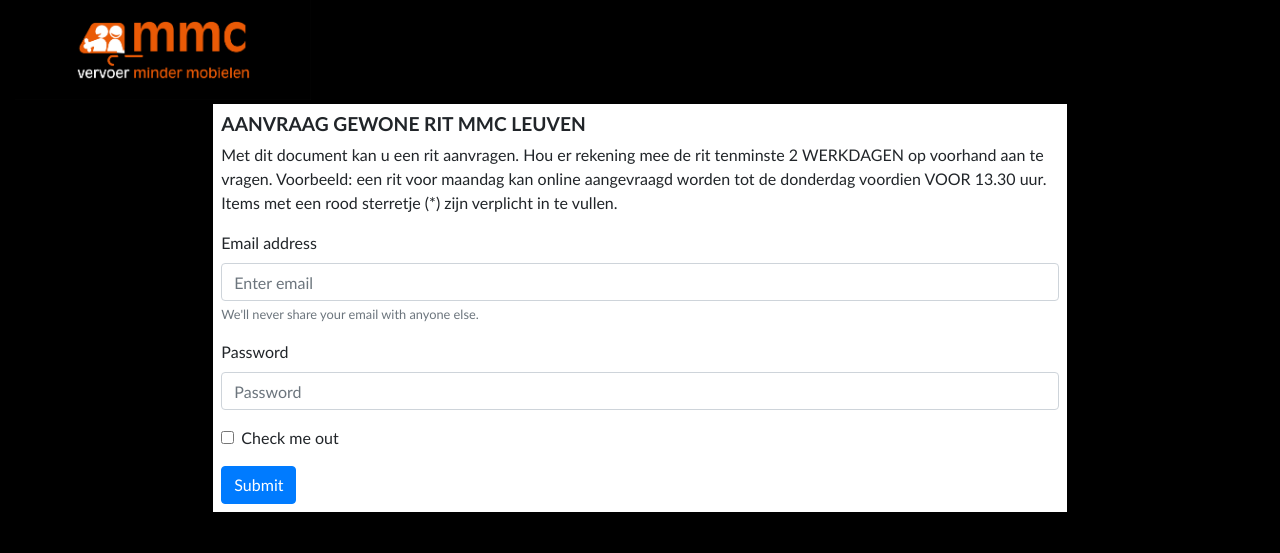
Repository: tclaes/vera
Page: index.html
These files come from the project's save history. The page is drawn as it stood at one moment and after a run of saves; the edit follows.
The browser window is 1280 px wide. The pictures show the whole page.

Above is the page before, as saved 2018-11-12 15:31:06.

After the next 2 saves:
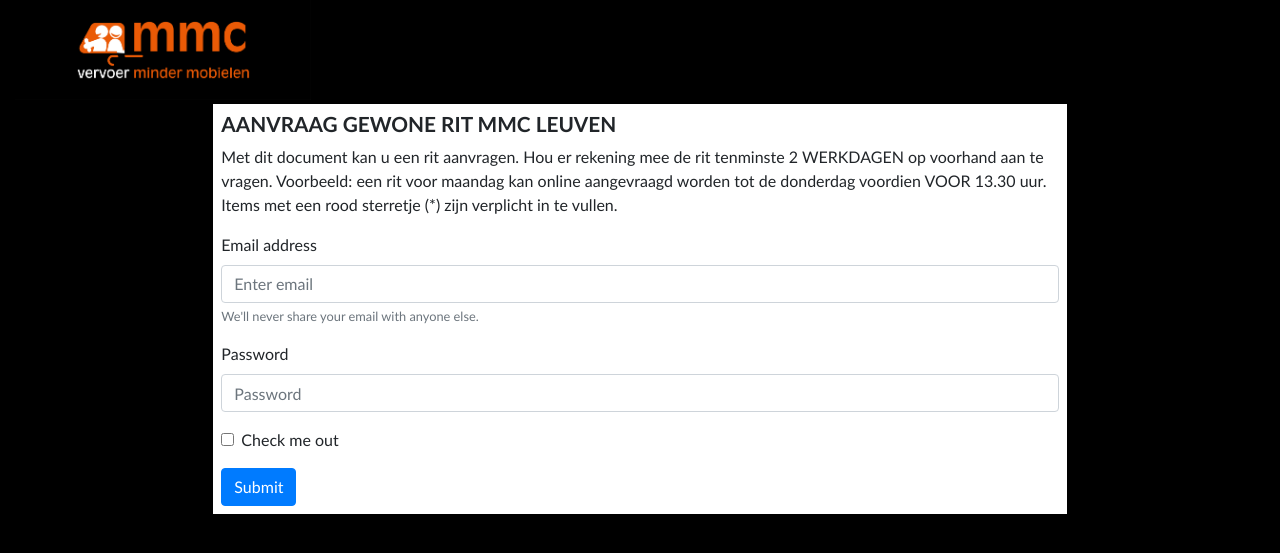
The 2 saves are shown as one change because they came seconds apart.
The last was saved 6 s later.
--- a/css/main.css
+++ b/css/main.css
@@ -103,8 +103,8 @@
    }
 
    h1 {
-     font-size: 1.2rem;
-     font-weight: bold;
+     font-size: 1.3rem;
+     font-weight: 700;
    }
 
    .white {
